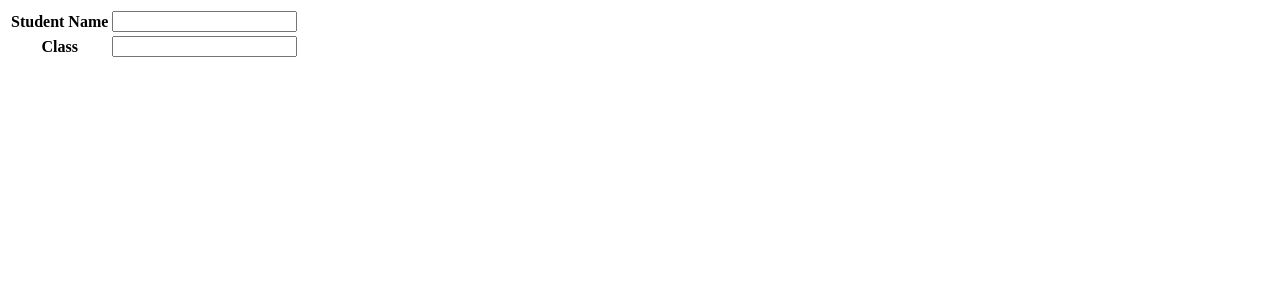
Repository: sisbhumi/LearnersAcademyApp
Page: BackendAdmin/src/main/webapp/addClass.html
The author's editor kept a copy of each file at every save. The page is drawn from the files as they stood at one save, then again after the next save.
The browser window is 1280 px wide. The pictures show the whole page.

Above is the page before, as saved 2023-03-25 06:16:02.

After the next save:
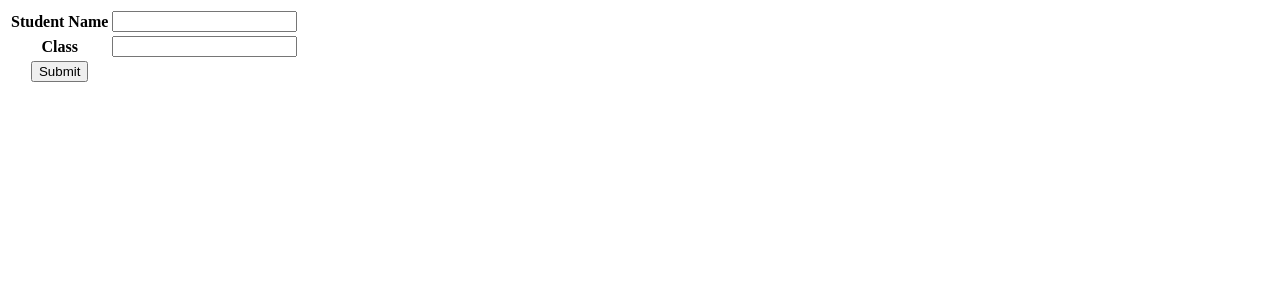
Saved 82 s later.
--- a/BackendAdmin/src/main/webapp/addClass.html
+++ b/BackendAdmin/src/main/webapp/addClass.html
@@ -16,6 +16,7 @@
 				<th>Class</th>
 				<th><input type="text" name="stu_class" /></th>
 			</tr>
+				<th><input type="submit" name="add"/>
 
 		</table>
 
